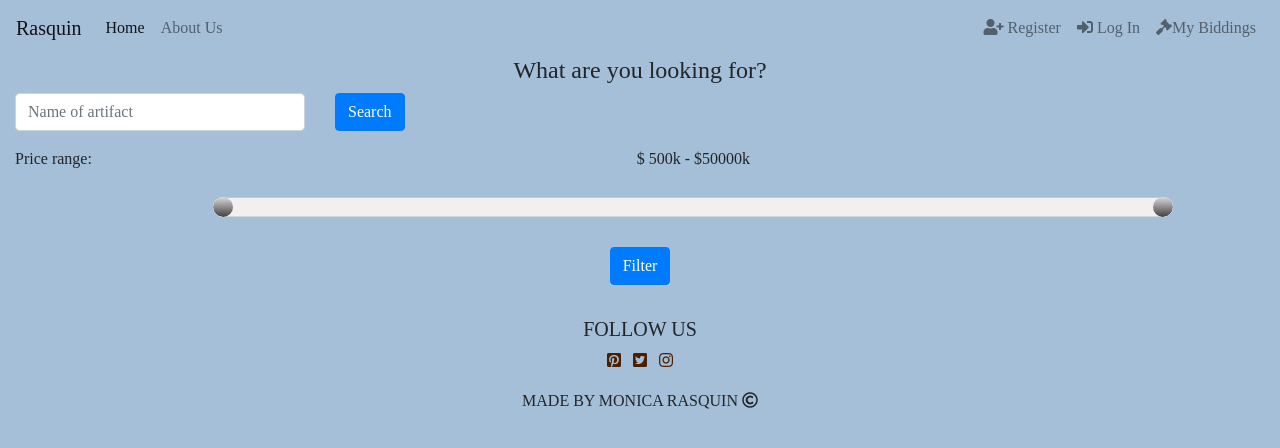
Repository: Rasquin/auction
Page: templates/base.html
The author's editor kept a record of every edit. The page is drawn from the files as they stood at one moment, then again after the next edit.
The browser window is 1280 px wide. The pictures show the whole page.
The template is drawn by Django 2.2. The application's start-up code is not run. The template is opened directly, without the code that normally fills it, so the values that code supplies are empty.

Above is the page before.

After the next edit:
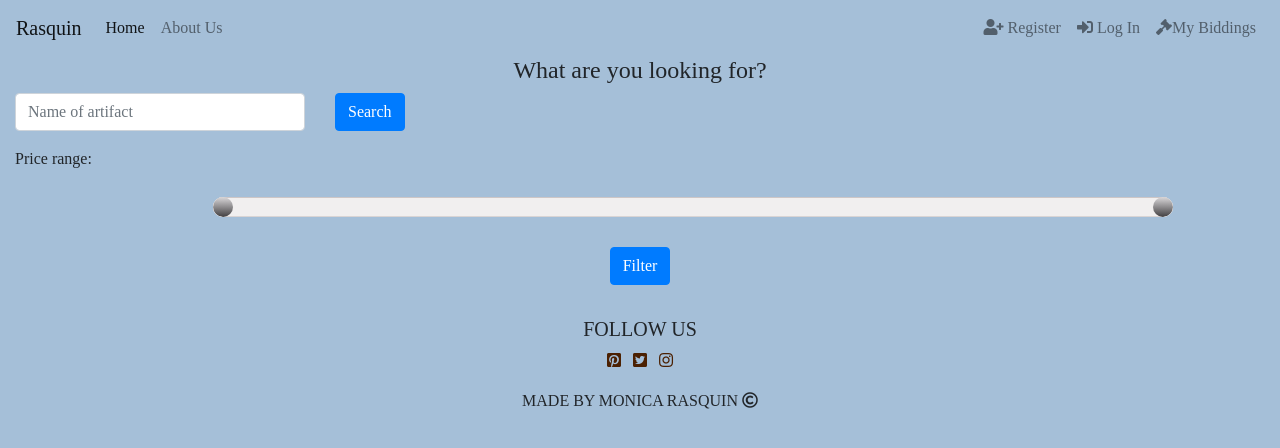
The edit:
--- a/templates/base.html
+++ b/templates/base.html
@@ -172,37 +172,6 @@
         </div>
     </footer>
 
-    <script>
-        function getVals() {
-            // Get slider values
-            var parent = this.parentNode;
-            var slides = parent.getElementsByTagName("input");
-            var slide1 = parseFloat(slides[0].value);
-            var slide2 = parseFloat(slides[1].value);
-            // Neither slider will clip the other, so make sure we determine which is larger
-            if (slide1 > slide2) { var tmp = slide2;
-                slide2 = slide1;
-                slide1 = tmp; }
-
-            var displayElement = parent.getElementsByClassName("rangeValues")[0];
-            displayElement.innerHTML = "$ " + slide1 + "k - $" + slide2 + "k";
-        }
-
-        window.onload = function() {
-            // Initialize Sliders
-            var sliderSections = document.getElementsByClassName("range-slider");
-            for (var x = 0; x < sliderSections.length; x++) {
-                var sliders = sliderSections[x].getElementsByTagName("input");
-                for (var y = 0; y < sliders.length; y++) {
-                    if (sliders[y].type === "range") {
-                        sliders[y].oninput = getVals;
-                        // Manually trigger event first time to display values
-                        sliders[y].oninput();
-                    }
-                }
-            }
-        }
-    </script>
 
     <!-- Bootstrap compiled and minified JavaScript -->
     <script src="https://code.jquery.com/jquery-3.3.1.slim.min.js" integrity="sha384-q8i/X+965DzO0rT7abK41JStQIAqVgRVzpbzo5smXKp4YfRvH+8abtTE1Pi6jizo" crossorigin="anonymous"></script>
